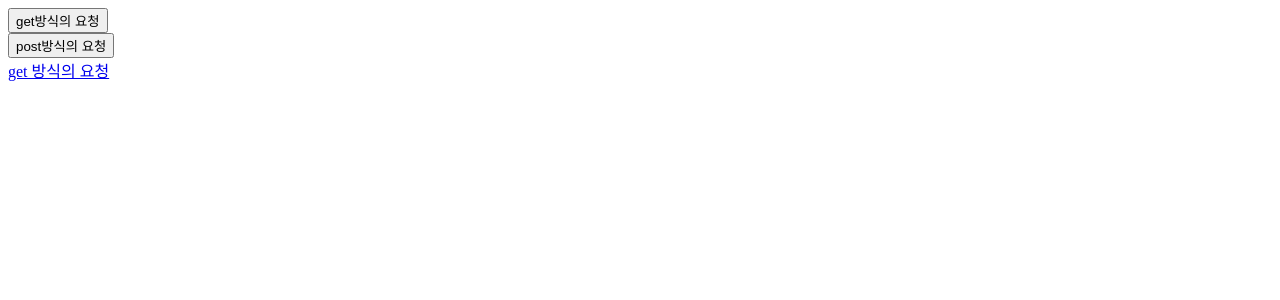
Repository: kimwoongasd/JSPAndServlet
Page: http://localhost/day1222/
The author's editor kept a copy of each file at every save. The page is drawn from the files as they stood at one save, then again after the next save.
The browser window is 1280 px wide. The pictures show the whole page.
The page is served by Tomcat 9.

Above is the page before, as saved 2023-12-22 06:47:48.

After the next save:
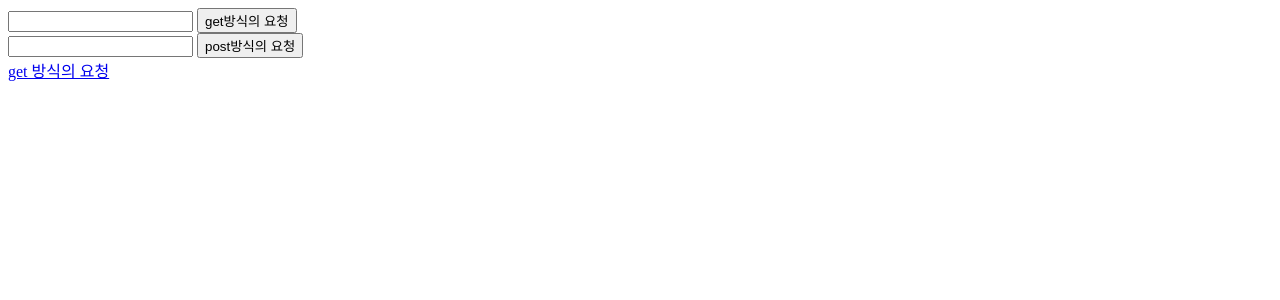
Saved 23 s later.
--- a/day1222/src/main/webapp/index.jsp
+++ b/day1222/src/main/webapp/index.jsp
@@ -8,9 +8,11 @@
 </head>
 <body>
 	<form action="hello" method="get">
+		<input type="text" name="title">
 		<input type="submit" value="get방식의 요청">
 	</form>
 	<form action="hello" method="post">
+		<input type="text" name="title">
 		<input type="submit" value="post방식의 요청">
 	</form>
 	<a href="hello?title=hello">get 방식의 요청</a>
